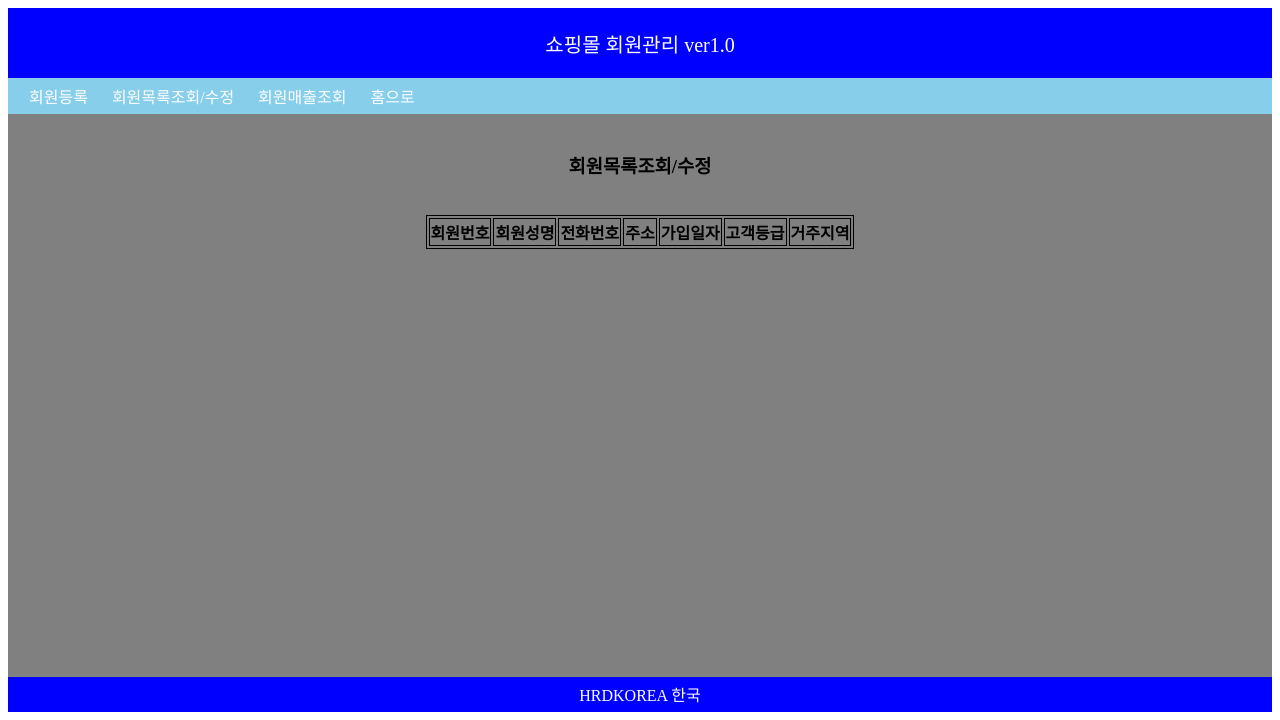
Repository: choigobin/Programming
Page: http://localhost/HRD_1119/money.jsp
These files come from the project's save history. The page is drawn as it stood at one moment and after the next save; the edit follows.
The browser window is 1280 px wide. The pictures show the whole page.
The page is served by Tomcat 9. Queries for data that is not in the repository find no rows.

Above is the page before, as saved 2019-11-21 03:41:59.

After the next save:
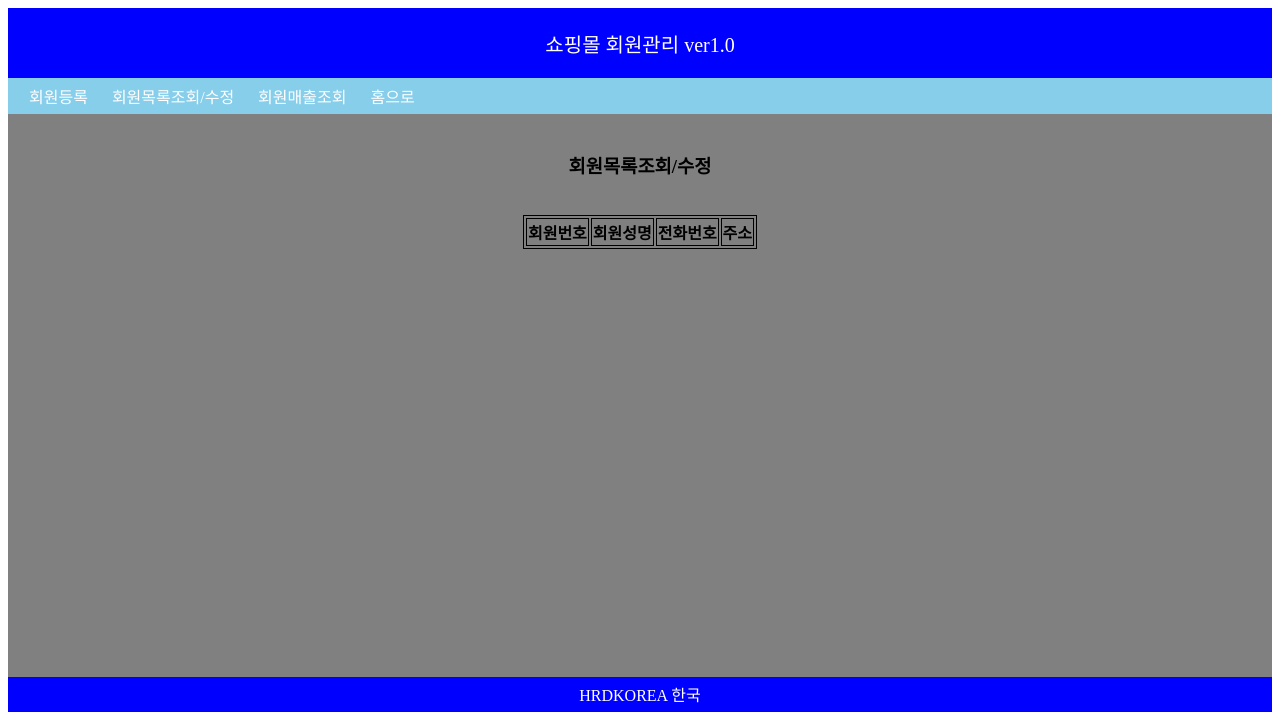
Saved 17 s later.
--- a/YangJung/workspace/HRD_1119/WebContent/money.jsp
+++ b/YangJung/workspace/HRD_1119/WebContent/money.jsp
@@ -12,9 +12,6 @@
 			<th>회원성명</th>
 			<th>전화번호</th>
 			<th>주소</th>
-			<th>가입일자</th>
-			<th>고객등급</th>
-			<th>거주지역</th>
 		</tr>
 		<%
 	String sql = "select custno,custname,phone,address,to_char(joindate,'yyyy-mm-dd'),grade,city from member_tbl_02 order by custno";
@@ -55,15 +52,6 @@
 				<td align="center">
 					<%=address%>
 				</td>
-				<td align="center">
-					<%=joindate%>
-				</td>
-				<td align="center">
-					<%=grade%>
-				</td>
-				<td align="center">
-					<%=city%>
-				</td>
 			</tr>
 			<%
 		}
